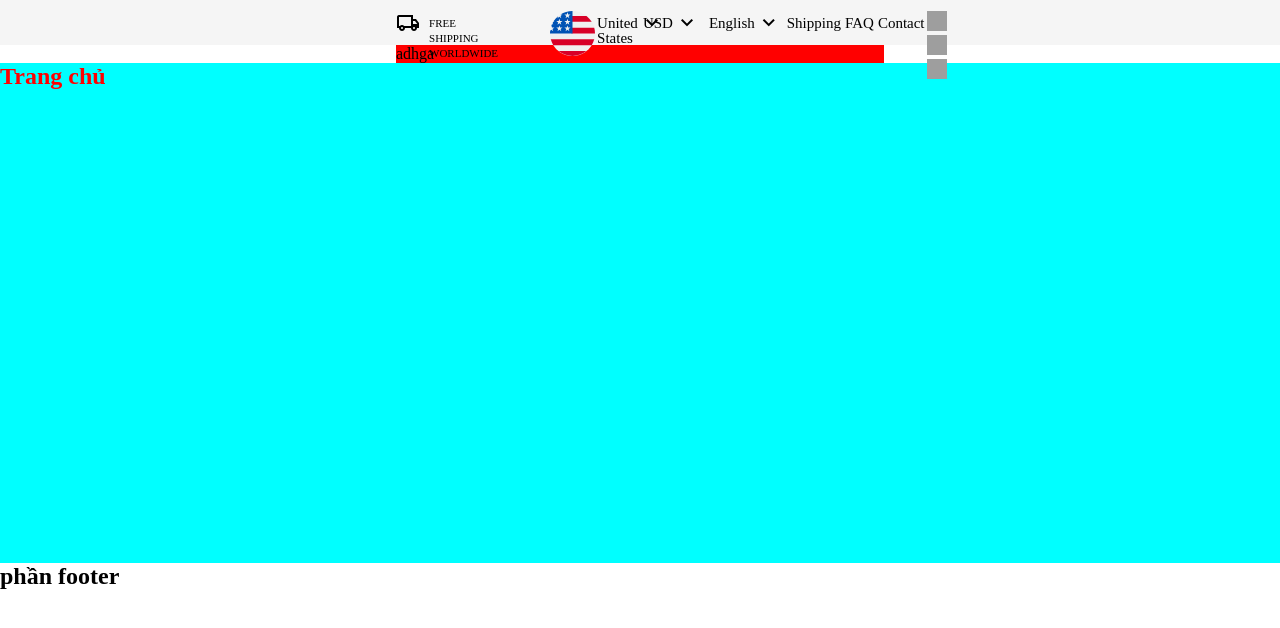
Repository: tatvanhco/shopper
Page: /
The author's editor kept a copy of each file at every save. The page is drawn from the files as they stood at one save, then again after a run of saves.
The browser window is 1280 px wide. The pictures show the whole page.
Pictures or frames that could not be fetched are drawn as grey boxes. The project was rebuilt for these pictures with package versions that can differ from the ones it lists, and the page was loaded fresh each time.

Above is the page before, as saved 2022-09-24 12:05:27.

### src/index.tsx
import React from 'react';
import { createRoot } from 'react-dom/client';
import { Provider } from 'react-redux';
import { store } from './app/store';
import App from './App';
import reportWebVitals from './reportWebVitals';
import './index.scss';

const container = document.getElementById('root')!;
const root = createRoot(container);

root.render(
    <React.StrictMode>
        <Provider store={store}>
            <App />
        </Provider>
    </React.StrictMode>,
);

// If you want to start measuring performance in your app, pass a function
// to log results (for example: reportWebVitals(console.log))
// or send to an analytics endpoint. Learn more: https://bit.ly/CRA-vitals
reportWebVitals();

### src/app/store.ts
import { configureStore, ThunkAction, Action, getDefaultMiddleware } from '@reduxjs/toolkit';
import createSagaMiddleware from '@redux-saga/core';
import rootSaga from './rootSaga';

const sagaMiddleware = createSagaMiddleware();
export const store = configureStore({
    reducer: {

    },
    middleware: (getDefaultMiddleware) => {
        return getDefaultMiddleware().concat(sagaMiddleware);
    },
});

sagaMiddleware.run(rootSaga);

export type AppDispatch = typeof store.dispatch;
export type RootState = ReturnType<typeof store.getState>;
export type AppThunk<ReturnType = void> = ThunkAction<ReturnType, RootState, unknown, Action<string>>;

### src/App.tsx
import React from 'react';
import './App.scss';
import Header from 'components/header/header';
import Footer from 'components/footer/footer';
import Home from 'pages/home/home';

function App() {
    return (
        <div className="App">
            <Header />
            <Home />
            <Footer />
        </div>
    );
}

export default App;

### src/index.scss
/* @import 'normalize.css'; */
@import url('https://fonts.googleapis.com/css2?family=Roboto:wght@300;400;500;700&display=swap');
@import url('https://fonts.googleapis.com/css2?family=Material+Symbols+Outlined:opsz,wght,FILL,GRAD@20..48,100..700,0..1,-50..200');

body {
    margin: 0;
    padding: 0;
    /* font-family: -apple-system, BlinkMacSystemFont, 'Segoe UI', 'Roboto', 'Oxygen', 'Ubuntu', 'Cantarell', 'Fira Sans',
        'Droid Sans', 'Helvetica Neue', sans-serif; */
    -webkit-font-smoothing: antialiased;
    -moz-osx-font-smoothing: grayscale;
}

html {
    margin: 0;
    padding: 0;
}

code {
    font-family: source-code-pro, Menlo, Monaco, Consolas, 'Courier New', monospace;
}

p {
    margin: 0 !important;
    line-height: initial;
}

h1,
h2 {
    margin: 0;
}

### src/app/rootSaga.ts
function* rootSaga() {
    console.log('hahahha');
}

export default rootSaga;

### src/App.scss
.container {
    padding: 0px 16px;
    margin: 0 380px;
}

.d-flex {
    display: flex;
}

.ul {
    list-style: none;
    padding-left: 0;
}

.title {
    font-size: 15px;
    line-height: 15px;
    padding: 0 2px;
}

.img-icon {
    width: 20px;
    height: 20px;
}

.p-4p {
    padding: 0 4px;
}

### src/components/header/header.tsx
import clsx from 'clsx';
import { url } from 'inspector';
import { Fragment } from 'react';
import styles from './header.module.scss';

function header() {
    return (
        <Fragment>
            <div className="header">
                <div className={styles.headerTop}>
                    <div className="container">
                        <div className={clsx(styles.headerContact, 'd-flex')}>
                            <div className="headerContactRight">
                                <ul className={clsx('headerContactRightItems', 'ul', 'd-flex')}>
                                    <li className={clsx('headerContactRightItem', 'd-flex')}>
                                        <span className={clsx('material-symbols-outlined', styles.icon)}>
                                            local_shipping
                                        </span>
                                        <p className={clsx(styles.titleShip)}>FREE SHIPPING WORLDWIDE</p>
                                    </li>
                                    <li className={clsx('headerContactRightItem', 'd-flex', 'p-4p')}>
                                        <div className={clsx(styles.nation, 'd-flex')}>
                                            <img
                                                className={styles.icon}
                                                src="data:[embedded picture, 137 characters]
                                                        nLzIwMDAvc3ZnIj4KPHBhdGggZD0iTTcgMTRDMTAuODY2IDE0IDE0IDEwLjg2NiAxNCA3QzE0IDMuMTM0MDEgMTAuODY2IDAgNyAwQzMuMTM0MDEgMCAwIDMuMTM0MDEgMCA3QzAgMTAuO
                                                        DY2IDMuMTM0MDEgMTQgNyAxNFoiIGZpbGw9IiNGMEYwRjAiLz4KPHBhdGggZD0iTTYuNjk1OCA2Ljk5OTk4SDE0LjAwMDFDMTQuMDAwMSA2LjM2ODE4IDEzLjkxNTkgNS43NTYxMiAxMy4
                                                        3NTkgNS4xNzM4OUg2LjY5NThWNi45OTk5OFoiIGZpbGw9IiNEODAwMjciLz4KPHBhdGggZD0iTTYuNjk1OCAzLjM0NzgzSDEyLjk3MjdDMTIuNTQ0MiAyLjY0ODU5IDExLjk5NjMgMi4wM
                                                        zA1NCAxMS4zNTc1IDEuNTIxNzNINi42OTU4VjMuMzQ3ODNaIiBmaWxsPSIjRDgwMDI3Ii8+CjxwYXRoIGQ9Ik02Ljk5OTk3IDE0QzguNjQ3NCAxNCAxMC4xNjE2IDEzLjQzMDYgMTEuMzU
                                                        3NCAxMi40NzgzSDIuNjQyNThDMy44MzgzMiAxMy40MzA2IDUuMzUyNTMgMTQgNi45OTk5NyAxNFoiIGZpbGw9IiNEODAwMjciLz4KPHBhdGggZD0iTTEuMDI3NDggMTAuNjUyMkgxMi45N
                                                        zI3QzEzLjMxNjcgMTAuMDkwOCAxMy41ODM1IDkuNDc3MjMgMTMuNzU4OSA4LjgyNjA3SDAuMjQxMjExQzAuNDE2Njc2IDkuNDc3MjMgMC42ODM0NjkgMTAuMDkwOCAxLjAyNzQ4IDEwLjY
                                                        1MjJaIiBmaWxsPSIjRDgwMDI3Ii8+CjxwYXRoIGQ9Ik0zLjI0MjUzIDEuMDkzMTVIMy44ODA0M0wzLjI4NzA3IDEuNTI0MjJMMy41MTM3MyAyLjIyMTczTDIuOTIwMzkgMS43OTA2NkwyL
                                                        jMyNzA2IDIuMjIxNzNMMi41MjI4NCAxLjYxOTE2QzIuMDAwNDEgMi4wNTQzNCAxLjU0MjUyIDIuNTY0MTkgMS4xNjUxNyAzLjEzMjI4SDEuMzY5NTdMMC45OTE4NjcgMy40MDY2OEMwLjk
                                                        zMzAyMyAzLjUwNDg0IDAuODc2NTg2IDMuNjA0NTYgMC44MjI1IDMuNzA1NzZMMS4wMDI4NiA0LjI2MDg3TDAuNjY2MzY3IDQuMDE2MzlDMC41ODI3MjMgNC4xOTM2IDAuNTA2MjE1IDQuM
                                                        zc0ODEgMC40Mzc0NDUgNC41NTk3OUwwLjYzNjE1MiA1LjE3MTQxSDEuMzY5NTdMMC43NzYyMDcgNS42MDI0OUwxLjAwMjg2IDYuM0wwLjQwOTUyNyA1Ljg2ODkzTDAuMDU0MTEzMyA2LjE
                                                        yNzE2QzAuMDE4NTM5MSA2LjQxMzEyIDAgNi43MDQzOSAwIDdIN0M3IDMuMTM0MDMgNyAyLjY3ODI3IDcgMEM1LjYxNzE3IDAgNC4zMjgxMSAwLjQwMTEzMyAzLjI0MjUzIDEuMDkzMTVaT
                                                        TMuNTEzNzMgNi4zTDIuOTIwMzkgNS44Njg5M0wyLjMyNzA2IDYuM0wyLjU1MzcxIDUuNjAyNDlMMS45NjAzNiA1LjE3MTQxSDIuNjkzNzdMMi45MjAzOSA0LjQ3MzlMMy4xNDcwMiA1LjE
                                                        3MTQxSDMuODgwNDNMMy4yODcwNyA1LjYwMjQ5TDMuNTEzNzMgNi4zWk0zLjI4NzA3IDMuNTYzMzZMMy41MTM3MyA0LjI2MDg3TDIuOTIwMzkgMy44Mjk3OUwyLjMyNzA2IDQuMjYwODdMM
                                                        i41NTM3MSAzLjU2MzM2TDEuOTYwMzYgMy4xMzIyOEgyLjY5Mzc3TDIuOTIwMzkgMi40MzQ3N0wzLjE0NzAyIDMuMTMyMjhIMy44ODA0M0wzLjI4NzA3IDMuNTYzMzZaTTYuMDI0NTkgNi4
                                                        zTDUuNDMxMjYgNS44Njg5M0w0LjgzNzkzIDYuM0w1LjA2NDU4IDUuNjAyNDlMNC40NzEyMiA1LjE3MTQxSDUuMjA0NjRMNS40MzEyNiA0LjQ3MzlMNS42NTc4OSA1LjE3MTQxSDYuMzkxM
                                                        0w1Ljc5Nzk0IDUuNjAyNDlMNi4wMjQ1OSA2LjNaTTUuNzk3OTQgMy41NjMzNkw2LjAyNDU5IDQuMjYwODdMNS40MzEyNiAzLjgyOTc5TDQuODM3OTMgNC4yNjA4N0w1LjA2NDU4IDMuNTY
                                                        zMzZMNC40NzEyMiAzLjEzMjI4SDUuMjA0NjRMNS40MzEyNiAyLjQzNDc3TDUuNjU3ODkgMy4xMzIyOEg2LjM5MTNMNS43OTc5NCAzLjU2MzM2Wk01Ljc5Nzk0IDEuNTI0MjJMNi4wMjQ1O
                                                        SAyLjIyMTczTDUuNDMxMjYgMS43OTA2Nkw0LjgzNzkzIDIuMjIxNzNMNS4wNjQ1OCAxLjUyNDIyTDQuNDcxMjIgMS4wOTMxNUg1LjIwNDY0TDUuNDMxMjYgMC4zOTU2MzdMNS42NTc4OSA
                                                        xLjA5MzE1SDYuMzkxM0w1Ljc5Nzk0IDEuNTI0MjJaIiBmaWxsPSIjMDA1MkI0Ii8+Cjwvc3ZnPgo="
                                                alt=""
                                            />
                                            <p className={clsx('title')}>United States</p>
                                            <span className={clsx('material-symbols-outlined', styles.icon)}>
                                                expand_more
                                            </span>
                                        </div>
                                    </li>
                                    <li className={clsx('headerContactRightItem', 'd-flex', 'p-4p')}>
                                        <div className={clsx(styles.nation, 'd-flex')}>
                                            <p className={clsx('title')}>USD</p>
                                            <span className={clsx('material-symbols-outlined', styles.icon)}>
                                                expand_more
                                            </span>
                                        </div>
                                    </li>
                                    <li className={clsx('headerContactRightItem', 'd-flex', 'p-4p')}>
                                        <div className={clsx(styles.nation, 'd-flex')}>
                                            <p className={clsx('title')}>English</p>
                                            <span className={clsx('material-symbols-outlined', styles.icon)}>
                                                expand_more
                                            </span>
                                        </div>
                                    </li>
                                </ul>
                            </div>
                            <div className="headerContactLeft">
                                <ul className={clsx('headerContactLeftItems', 'd-flex', 'ul')}>
                                    <li className={clsx('headerContactLeftItem')}>
                                        <p className={clsx('title')}>Shipping</p>
                                    </li>
                                    <li className={clsx('headerContactLeftItem')}>
                                        <p className={clsx('title')}>FAQ</p>
                                    </li>
                                    <li className={clsx('headerContactLeftItem')}>
                                        <p className={clsx('title')}>Contact</p>
                                    </li>
                                    <li className={clsx('headerContactLeftItem')}>
                                        <img
                                            className={clsx('img-icon', styles.icon)}
                                            src="https://cdn-icons-png.flaticon.com/512/1384/1384005.png"
                                            alt="Facebook"
                                        />
                                        <img
                                            className={clsx('img-icon', styles.icon)}
                                            src="https://cdn-icons-png.flaticon.com/512/3661/3661391.png"
                                            alt="Instagram"
                                        />
                                        <img
                                            className={clsx('img-icon', styles.icon)}
                                            src="https://cdn-icons-png.flaticon.com/512/1384/1384028.png"
                                            alt="Youtube"
                                        />
                                    </li>
                                </ul>
                            </div>
                        </div>
                    </div>
                </div>
                <div className="headerBottom">
                    <div className="container">
                        <div className={clsx(styles.headerFrom)}>adhga</div>
                    </div>
                </div>
            </div>
        </Fragment>
    );
}

export default header;

### src/components/footer/footer.tsx
function footer() {
    return <h2>phần footer</h2>;
}

export default footer;

### src/pages/home/home.tsx
import clsx from 'clsx';
import styles from './home.module.scss';

function Home() {
    return (
        <>
            <h2 className={clsx(styles.heading)}>Trang chủ</h2>
        </>
    );
}

export default Home;

### src/components/header/header.module.scss
.headerTop {
    background-color: #f5f5f5;
}

.headerContact {
    height: 45px;
    justify-content: space-between;
    vertical-align: middle;
}

.headerFrom {
    background-color: red;
}

.titleShip {
    font-size: 11px;
    line-height: 15px;
    padding: 0px 48px 0 9px;
}

.icon {
    transform: translateY(-5px);
}

### src/pages/home/home.module.scss
.heading {
    height: 500px;
    background-color: aqua;
    color: red;
}

.active {
    background-color: yellow;
}

Loaded but not shown: public/index.html (common file); src/reportWebVitals.ts (common file)

After the next 4 saves:
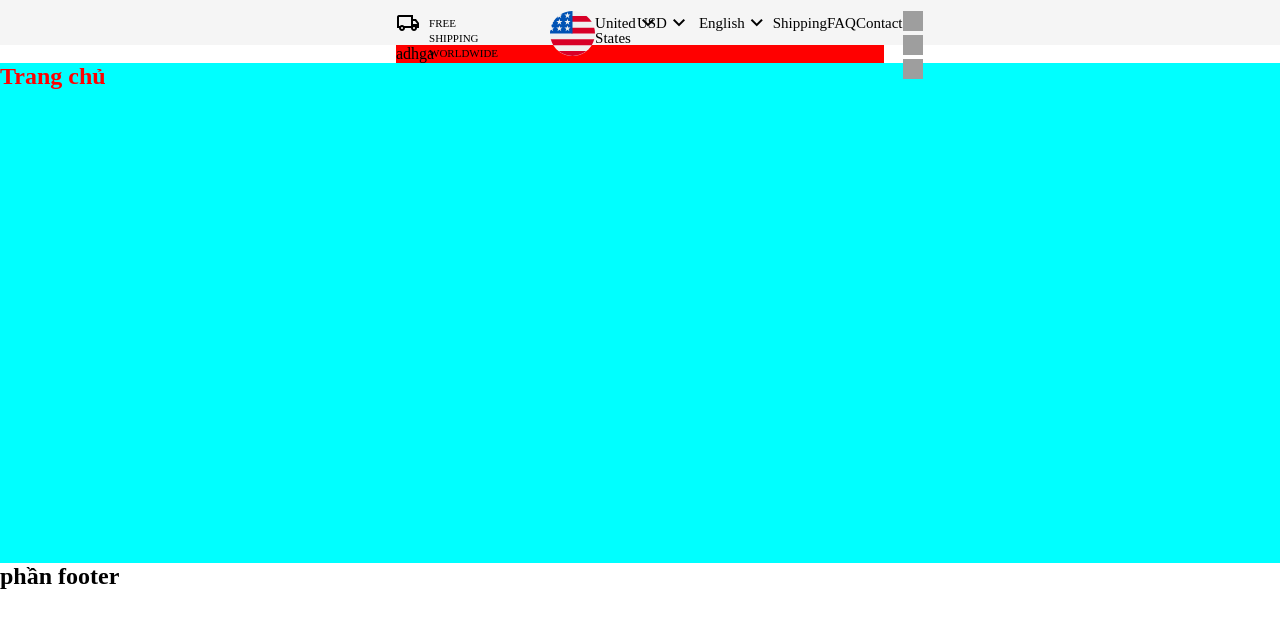
The 4 saves are shown as one change because they came seconds apart.
The last was saved 2 min 21 s later.
--- a/src/App.scss
+++ b/src/App.scss
@@ -15,7 +15,7 @@
 .title {
     font-size: 15px;
     line-height: 15px;
-    padding: 0 2px;
+    padding: 0 15;
 }
 
 .img-icon {
